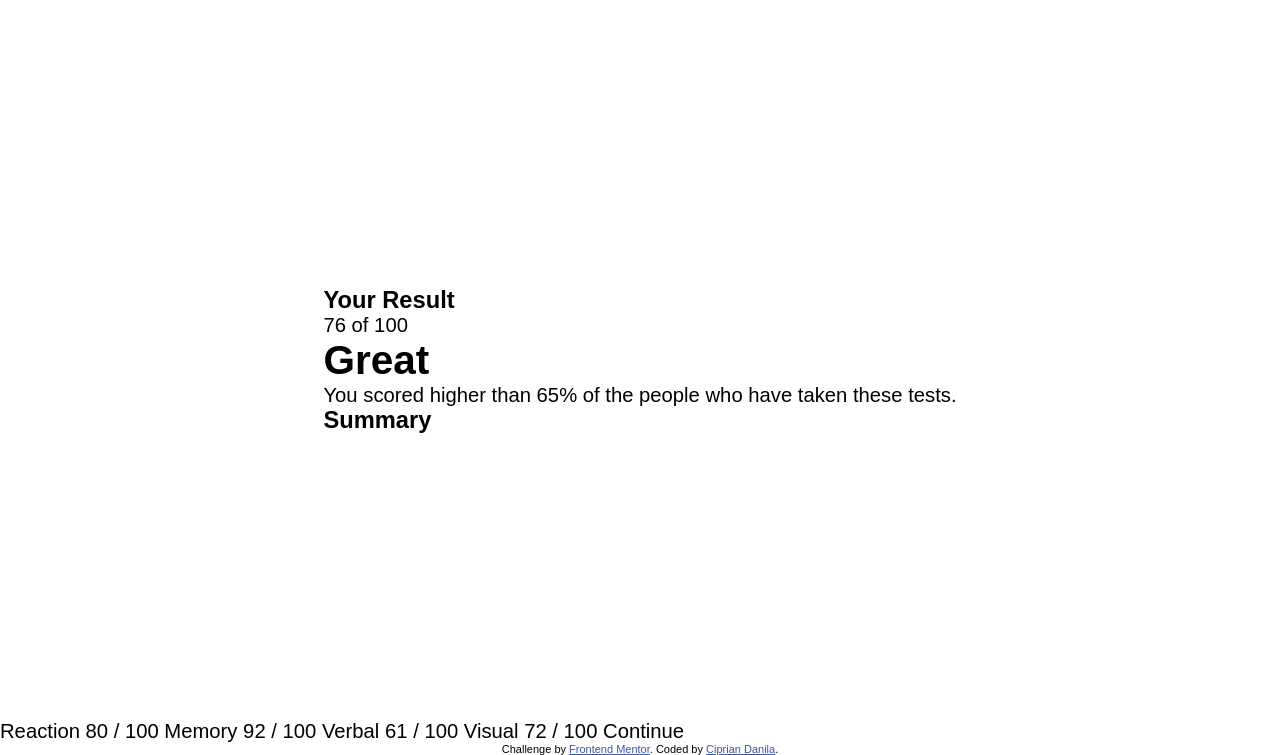
Repository: cipdanila/results-summary-component
Page: index.html
The author's editor kept a copy of each file at every save. The page is drawn from the files as they stood at one save, then again after the next save.
The browser window is 1280 px wide. The pictures show the whole page.

Above is the page before, as saved 2024-02-01 20:13:23.

### index.html
<!DOCTYPE html>
<html lang="en">
<head>
  <meta charset="UTF-8">
  <meta name="viewport" content="width=device-width, initial-scale=1.0"> <!-- displays site properly based on user's device -->

  <link rel="icon" type="image/png" sizes="32x32" href="./assets/images/favicon-32x32.png">
  <link rel="stylesheet" href="styles.css">
  <title>Frontend Mentor | Results summary component</title>

</head>
<body>
  <main>
    <div class="card">
      <div class="result">
        <h3>Your Result</h3>
        <div class="score">
          76
          of 100
        </div>
        <h1>Great</h1>
        <p>You scored higher than 65% of the people who have taken these tests.</p>
      </div>
      <div class="summary">
        <h3>Summary</h3>

      </div>
    </div>
  </main>



  Reaction
  80 / 100

  Memory
  92 / 100

  Verbal
  61 / 100

  Visual
  72 / 100

  Continue

  <footer>
    <div class="attribution">
        Challenge by
        <a
            href="https://www.frontendmentor.io/challenges/results-summary-component-CE_K6s0maV/hub"
            target="_blank"
            rel="noopener noreferer"
            >Frontend Mentor</a
        >. Coded by <a href="https://github.com/cipdanila" target="_blank" rel="noopener noreferer">Ciprian Danila</a>.
    </div>
</footer>
</body>
</html>

### styles.css
@import url('https://fonts.googleapis.com/css2?family=Hanken+Grotesk:wght@500;700;800&display=swap');

:root {
    /* Colors */
    /* Primary */
    --light-red: hsl(0, 100%, 67%);
    --orange-yellow: hsl(39, 100%, 56%);
    --green-teal: hsl(166, 100%, 37%);
    --cobalt-blue: hsl(234, 85%, 45%);
    /* Gradients */
    --light-slate-blue: hsl(252, 100%, 67%);    /*  (background) */
    --light-royal-blue: hsl(241, 81%, 54%);    /* (background) */

    --violet-blue: hsla(256, 72%, 46%, 1); /* (circle) */
    --persian-blue: hsla(241, 72%, 46%, 0);    /* (circle) */
    /* Neutral */
    --white: hsl(0, 0%, 100%);
    --pale-blue: hsl(221, 100%, 96%);
    --light-lavender: hsl(241, 100%, 89%);
    --dark-gray-blue: hsl(224, 30%, 27%);
}

*, *::after, *::before {
    box-sizing: border-box;
    margin: 0;
    padding: 0;
}

body, html {
    height: 100%;
    font-family: "Outfit", sans-serif;
    font-size: 1.125rem;                /* 18px */
    font-weight: 300;
    background-color: var(--white);
}

main {
    display: flex;
    justify-content: center;
    align-items: center;
    height: 100%;
}

.attribution {
    font-size: 11px;
    text-align: center;
}
.attribution a {
    color: hsl(228, 45%, 44%);
}

After the next save:
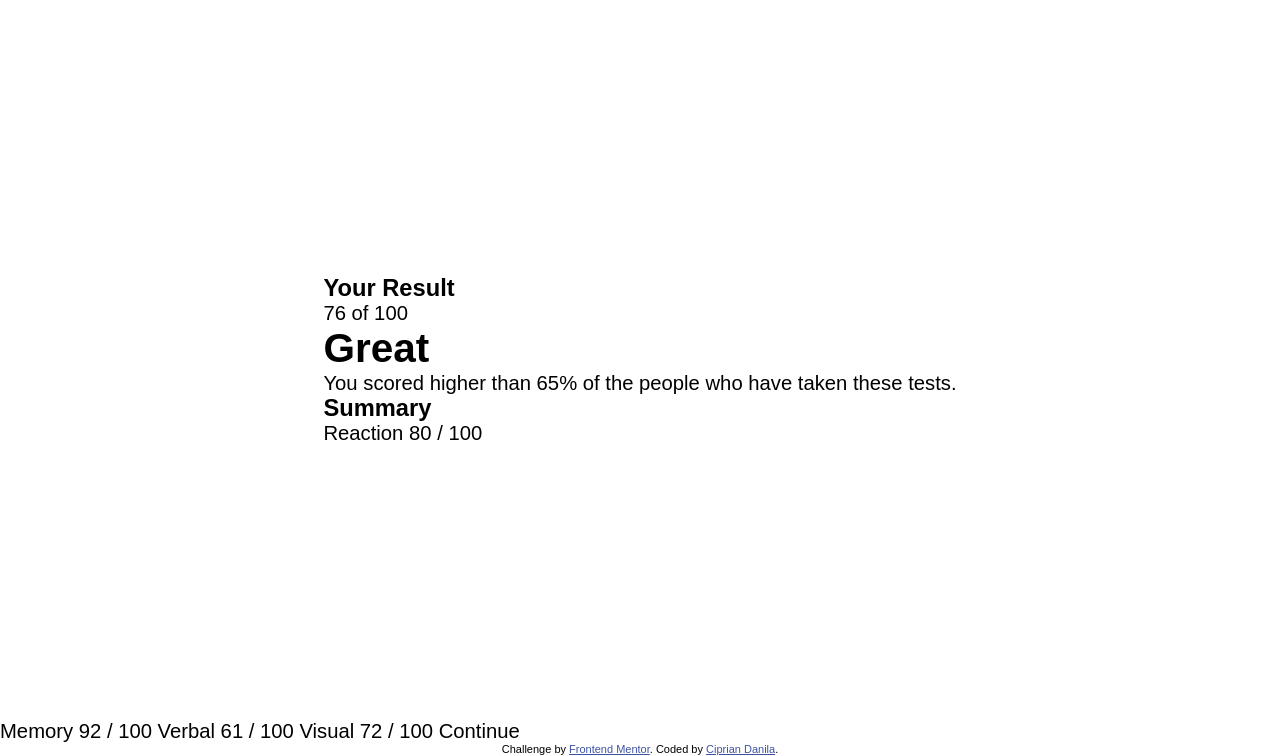
Saved 32 s later.
--- a/index.html
+++ b/index.html
@@ -23,15 +23,18 @@
       </div>
       <div class="summary">
         <h3>Summary</h3>
-
+        <div class="reaction">Reaction
+          80 / 100</div>
+        <div class="reaction"></div>
+        <div class="reaction"></div>
+        <div class="reaction"></div>
       </div>
     </div>
   </main>
 
 
 
-  Reaction
-  80 / 100
+
 
   Memory
   92 / 100
